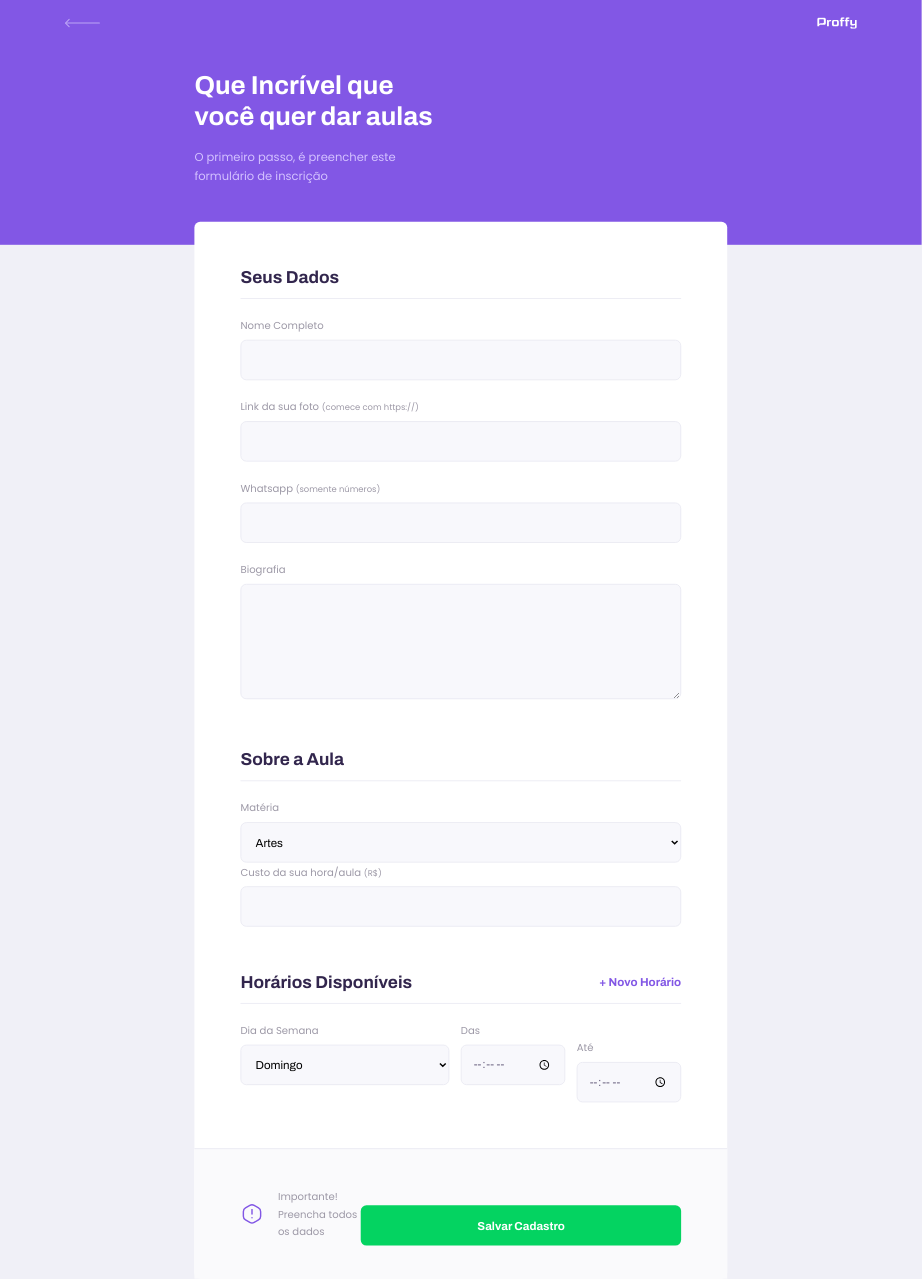
Repository: LukeVersus/NLW
Page: give-classes.html
An editor plug-in stored every save of this project. The page is shown before and after the next save, followed by the edit.
The browser window is 1280 px wide. The pictures show the whole page, at 72% of full size.

Above is the page before, as saved 2020-08-06 00:27:45.

### give-classes.html
<!DOCTYPE html>
<html lang="pt_br">
<head>
    <meta charset="UTF-8">
    <meta name="viewport" content="width=device-width, initial-scale=1.0">
    <title>Proffy | Sua Plataforma de Estudos Online</title>
    <link rel="stylesheet" href="/styles/main.css">
    <link rel="stylesheet" href="/styles/partials/header.css">
    <link rel="stylesheet" href="/styles/partials/forms.css">
    <link rel="stylesheet" href="/styles/partials/page-give-classes.css">
    <link href="https://fonts.googleapis.com/css2?family=Archivo:wght@400;700&amp;family=Poppins:wght@400;600&amp;display=swap" rel="stylesheet">

</head>
<body id="page-give-classes">

    <div id="container">
        <header class="page-header">
            <div class="top-bar-container">
                <a href="/">
                    <img src="/images/icons/back.svg" alt="Voltar">
                </a>
                <img src="/images/logo.svg" alt="Proffy">
            </div>
            <div class="header-content">
               <strong>Que Incrível que você quer dar aulas</strong>
               <p>O primeiro passo, é preencher este formulário de inscrição</p>
            </div>
        </header>
        <main>
           <form action="" id="create-class">
               <fieldset>
                   <legend>Seus Dados</legend>
                   <div class="input-block">
                       <label for="name">Nome Completo</label>
                       <input name="name" id="name" required>
                   </div>
                   <div class="input-block">
                       <label for="avatar">Link da sua foto <small>(comece com https://)</small></label>
                       <input name="avatar" id="avatar" type="url" required>
                   </div>
                   <div class="input-block">
                       <label for="whatsapp">Whatsapp <small>(somente números)</small></label>
                       <input name="whatsapp" id="whatsapp" type="number" required>
                   </div>
                   <div class="textarea-block">
                       <label for="bio">Biografia</label>
                       <textarea name="bio" id="bio" required></textarea>
                   </div>
               </fieldset>
               <fieldset>
                   <legend>Sobre a Aula</legend>
                   <div class="select-block">
                       <label for="subject">Matéria</label>
                       <select name="subject" id="subject" required>
                        <option value="" disabled="" hidden="">Selecione Uma Opção</option>
                        <option value="1">Artes</option>
                        <option value="2">Biologia</option>
                        <option value="3">Ciências</option>
                        <option value="4">Educação Física</option>
                        <option value="5">Espanhol</option>
                        <option value="6">Física</option>
                        <option value="7">Geografia</option>
                        <option value="8">História</option>
                        <option value="9">Inglês</option>
                        <option value="10">Matemática</option>
                        <option value="11">Português</option>
                        <option value="12">Química</option>
                       </select>
                   </div>
                   <div class="input-block">
                       <label for="cost">Custo da sua hora/aula <small>(R$)</small></label>
                       <input name="cost" id="cost" type="number" required>
                   </div>
               </fieldset>
               <fieldset id="schedule-items">
                   <legend>Horários Disponíveis
                       <button id="add-time">+ Novo Horário</button>
                   </legend>
                   <div class="schedule-item">
                       <div class="select-block">
                           <label for="weekday">Dia da Semana</label>
                           <select name="weekday[]" id="weekday" required>
                            <option value="" disabled="" hidden="">Selecione Uma Opção</option>
                            <option value="1">Domingo</option>
                            <option value="2">Segunda-Feira</option>
                            <option value="3">Terça-Feira</option>
                            <option value="4">Quarta-Feira</option>
                            <option value="5">Quinta-Feira</option>
                            <option value="6">Sexta-Feira</option>
                            <option value="7">Sábado</option>
                           </select>
                       </div>
                       <div class="input-block">
                           <label for="time_from">Das</label>
                           <input type="time" id="time_from" name="time_from[]" required>
                       </div>
                       <div class="input-block">
                        <label for="time_to">Até</label>
                        <input type="time" id="time_to" name="time_to[]" required>
                       </div>
                   </div>
               </fieldset>
           </form>
           <footer>
               <p>
               <img src="/images/icons/warning.svg" alt="Aviso Importante">
               Importante! <br> Preencha todos os dados
                </p>
                <button type="submit" form="create-class">Salvar Cadastro</button>
           </footer>
        </main>
    </div>


</body>
</html>

### styles/main.css
:root{
    --color-background: #F0F0F7;
    --color-primary-lighter: #9871F5;
    --color-primary-light: #916BEA;
    --color-primary: #8257E5;
    --color-primary-dark: #774DD6;
    --color-primary-darker: #6842C2;
    --color-secondary: #04D361;
    --color-secondary-dark: #04BF58;
    --color-title-in-primary: #FFFFFF;
    --color-text-in-primary: #D4C2FF;
    --color-text-title: #32264D;
    --color-text-complement: #9C98A6;
    --color-text-base: #6A6180;
    --color-line-in-white: #E6E6F0;
    --color-input-background: #F8F8FC;
    --color-button-text: #FFFFFF;
    --color-box-base: #FFFFFF;
    --color-box-footer: #FAFAFC;
    --color-small-info: #C1BCCC;
    /*tamanho da fonte padrão: 16px - 100% - 1rem */
    font-size: 60%; /*Controle das medidas rem e % */
}

* {
    margin: 0;
    padding: 0;
    box-sizing: border-box;
}

html, body{
    height: 100vh;
}

body{
    background: var(--color-background);
    display: flex;
    align-items: center;
    justify-content: center;
}

body, input, button, textarea{
    font: 500 1.6rem Poppins;
    color: var(--color-text-base);
}

#container{
    width: 90vw;
    max-width: 700px;
}

@media (min-width: 700px){
    :root{
        font-size: 62.5%;
    }
}

### styles/partials/header.css

.page-header{
    background-color: var(--color-primary);
    display: flex;
    flex-direction: column;
}

.page-header .top-bar-container{
    width: 90%;
    margin: 0 auto;
    display: flex;
    align-items: center;
    justify-content: space-between;
    padding: 1.6rem 0;
}

.page-header .top-bar-container a{
    height: 3.2rem;
    transition: opacity 0.2s;
}

.page-header .top-bar-container a:hover{
    opacity: 0.6;
}

.page-header .top-bar-container > img{
    height: 1.6rem;
}

.page-header .header-content{
    width: 90%;
    margin: 3.2rem auto;
    position: relative;
}

.page-header .header-content strong{
    font: 700 3.6rem Archivo;
    line-height: 4.2rem;
    color: var(--color-title-in-primary);
}

.page-header .header-content p{
    max-width: 30rem;
    font-size: 1.6rem;
    line-height: 2.6rem;
    color: var(--color-text-in-primary);
    margin-top: 2.4rem;
}


@media (min-width:700px){

    .page-header{
        height: 340px;
    }

    .page-header .top-bar-container{
        max-width: 1100px;
    }

    .page-header .header-content{
        max-width: 740px;
        margin: 0 auto;
        flex: 1 1;
        padding-bottom: 48px;
        display: flex;
        flex-direction: column;
        justify-content: center;
    }

    .page-header .header-content strong{
        max-width: 350px;
    }




}

### styles/partials/forms.css
.select-block label,
.input-block label,
.textarea-block label{
    font-size: 1.4rem;
    color: var(--color-text-complement);
}

.input-block input,
.select-block select,
.textarea-block textarea{
    width: 100%;
    height: 5.6rem;
    margin-top: 0.8rem;
    border-radius: 0.8rem;
    background: var(--color-input-background);
    border: 1px solid var(--color-line-in-white);
    outline: 0;
    padding: 0 1.6rem;
    font: 1.6rem Archivo;
}

.textarea-block textarea{
    padding: 1.2rem 1.6rem;
    height: 16rem;
    resize: vertical;
}

.input-block
.textarea-block{
    position: relative;
}

.input-block:focus-within::after,
.textarea-block:focus-within::after{
    content: "";
    width: calc(100% - 3.2rem);
    height: 2px;
    background: var(--color-primary-light);
    position: absolute;
    left: 1.6rem;
    right: 1.6rem;
    bottom: 0;
}

### styles/partials/page-give-classes.css
#page-give-classes #container{
    width: 100vw;
    height: 100vh;
}

#page-give-classes .page-header .header-content{
    margin-bottom: 6.4rem;
}

#page-give-classes main{
    background: var(--color-box-base);
    width: 100%;
    max-width: 74rem;
    border-radius: 0.8rem;
    margin: -3.2rem auto 3.2rem;
    padding-top: 6.4rem;
}

#page-give-classes fieldset{
    border: none;
    padding: 0 2.4rem;
}

#page-give-classes fieldset legend{
    font: 700 2.4rem Archivo;
    color: var(--color-text-title);
    margin-bottom: 2.4rem;
    display: flex;
    align-items: center;
    justify-content: space-between;
    width: 100%;
    padding-bottom: 1.6rem;
    border-bottom: 1px solid var(--color-line-in-white);
}

#page-give-classes fieldset legend button{
    background: none;
    border: 0;
    color: var(--color-primary);
    font: 700 1.6rem Archivo;
    cursor: pointer;
    transition: 0.2s;
}

#page-give-classes fieldset legend button:hover{
    color: var(--color-primary-darker);
}

#page-give-classes fieldset+fieldset{
    margin-top: 6.4rem;
}

#page-give-classes .input-block+.input-block,
#page-give-classes .input-block+.textarea-block,
#page-give-classes .select-block+.textarea-block{
    margin-top: 2.4rem;
}

#page-give-classes main footer{
    padding: 4rem 2.4rem;
    background: var(--color-box-footer);
    border-top: 1px solid var(--color-line-in-white);
    margin-top: 6.4rem;
}

#page-give-classes main footer p{
    display: flex;
    align-items: center;
    justify-content: center;
    font-size: 1.4rem;
    line-height: 2.4rem;
    color: var(--color-text-complement);
}

#page-give-classes main footer p img{
    margin-right: 2rem;
}

#page-give-classes main footer button{
    width: 100%;
    height: 5.6rem;
    background: var(--color-secondary);
    color: var(--color-button-text);
    border: 0;
    border-radius: 0.8rem;
    cursor: pointer;
    font: 700 1.6rem Archivo;
    display: flex;
    align-items: center;
    justify-content: center;
    text-decoration: none;
    transition: 0.2s;
    margin-top: 3.2rem;
}

#page-give-classes main footer button:hover{
    background: var(--color-secondary-dark);
}

.schedule-item+.schedule-item{
    margin-top: 3.2rem;
    padding-top: 3.2rem;
    border-top: 1px solid var(--color-line-in-white);
}

@media(min-width: 700px){
    #page-give-classes #container{
        max-width: 100vw;
    }

    #page-give-classes .page-header .header-content{
        margin-bottom: 0;
    }

    #page-give-classes main fieldset{
        padding: 0 64px;
    }

    .schedule-item{
        display: grid;
        grid-template-columns: 2fr 1fr 1fr;
        column-gap: 1.6rem;
    }

    #page-give-classes #schedule-items .select-block+.item-block,
    #page-give-classes #schedule-items .select-block+.input-block{
        margin-top: 0;
    }

    #page-give-classes main footer{
        padding: 46px 64px;
        display: flex;
        align-items: center;
        justify-content: space-between;
    }

}

After the next save:
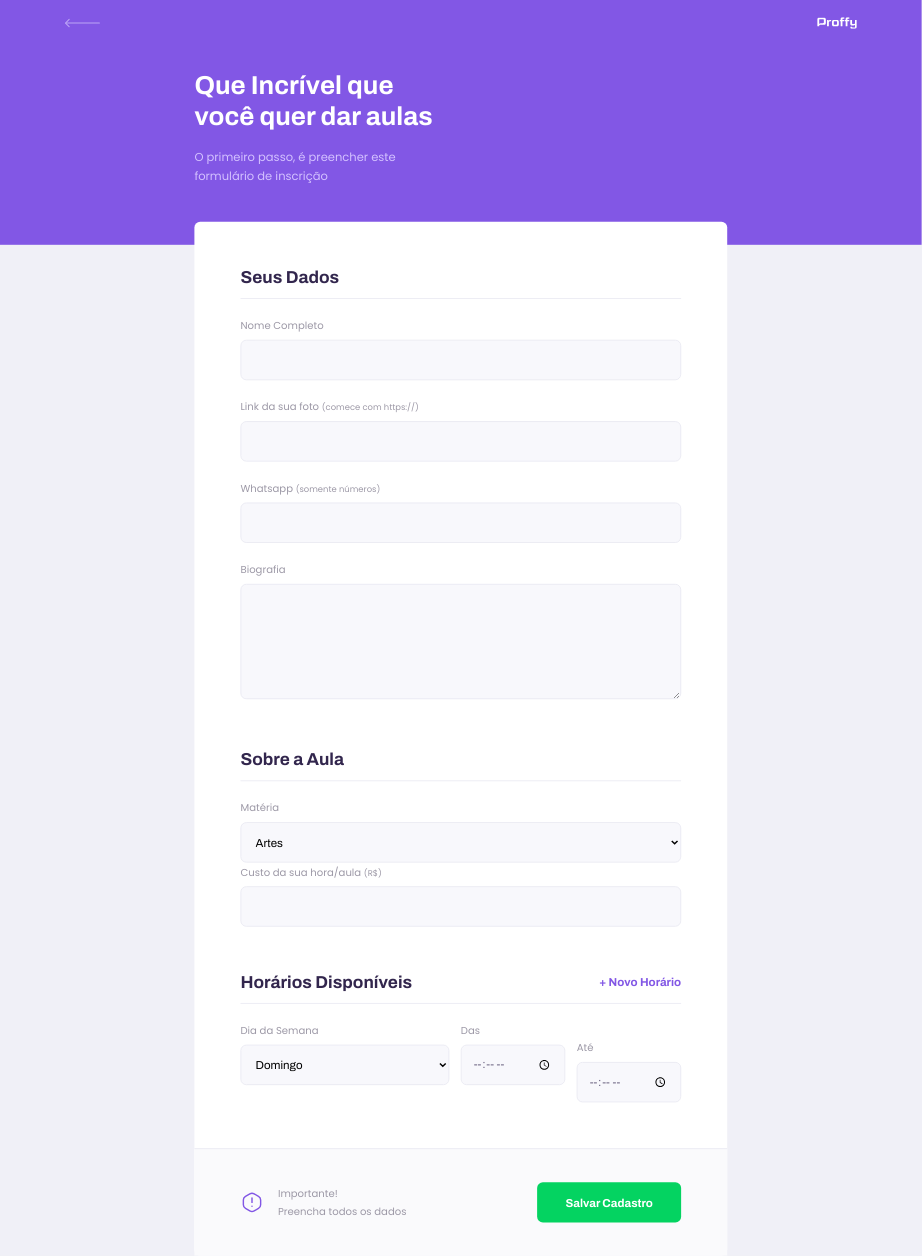
Saved 37 s later.
--- a/styles/partials/page-give-classes.css
+++ b/styles/partials/page-give-classes.css
@@ -134,4 +134,9 @@
         justify-content: space-between;
     }
 
+    #page-give-classes main footer button{
+        margin-top: 0;
+        width: 200px;
+    }
+
 }
